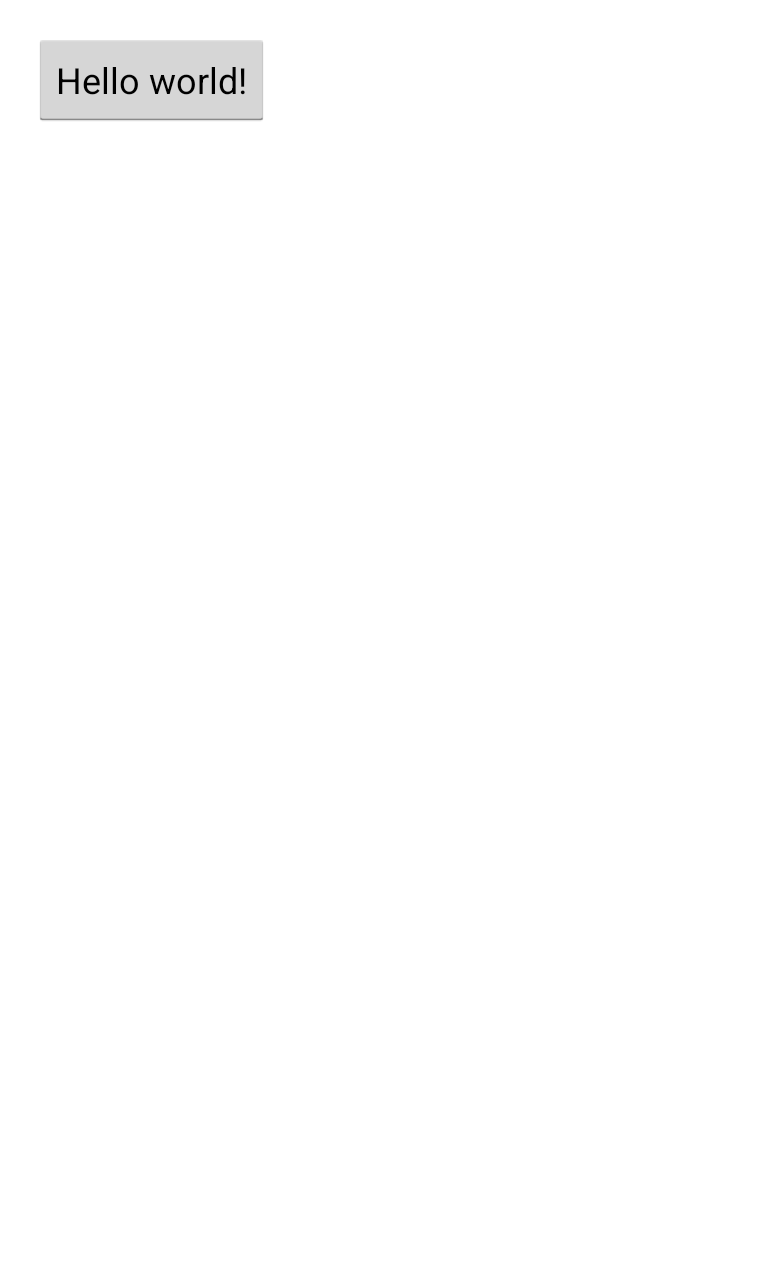
Repository: xfhy/Usually-learn-Android
Layout: Service 服务/11.欢乐斗地主买豆/res/layout/activity_main.xml
An editor plug-in stored every save of this project. The layout is shown before and after the next save, followed by the edit.
It is drawn on a 768 x 1280 px phone screen (xhdpi) without system bars, with theme AppTheme; the app's code is not run.

Above is the layout before, as saved 2017-02-01 05:49:06.

### Service 服务/11.欢乐斗地主买豆/res/layout/activity_main.xml
<RelativeLayout xmlns:android="http://schemas.android.com/apk/res/android"
    xmlns:tools="http://schemas.android.com/tools"
    android:layout_width="match_parent"
    android:layout_height="match_parent"
    android:paddingBottom="@dimen/activity_vertical_margin"
    android:paddingLeft="@dimen/activity_horizontal_margin"
    android:paddingRight="@dimen/activity_horizontal_margin"
    android:paddingTop="@dimen/activity_vertical_margin"
    tools:context="com.itheima.ddz.MainActivity$PlaceholderFragment" >

    <Button
        android:id="@+id/bt_pay"
        android:layout_width="wrap_content"
        android:layout_height="wrap_content"
        android:text="@string/hello_world" />

</RelativeLayout>

### Service 服务/11.欢乐斗地主买豆/res/values/strings.xml
<?xml version="1.0" encoding="utf-8"?>
<resources>

    <string name="app_name">11.欢乐斗地主买豆</string>
    <string name="hello_world">Hello world!</string>
    <string name="action_settings">Settings</string>

</resources>

Loaded but not shown: Service 服务/11.欢乐斗地主买豆/res/values/styles.xml (common file); Service 服务/11.欢乐斗地主买豆/res/values-v11/styles.xml (common file); Service 服务/11.欢乐斗地主买豆/res/values-v14/styles.xml (common file); Service 服务/11.欢乐斗地主买豆/res/values/dimens.xml (common file); Service 服务/11.欢乐斗地主买豆/res/values-w820dp/dimens.xml (common file)

After the next save:
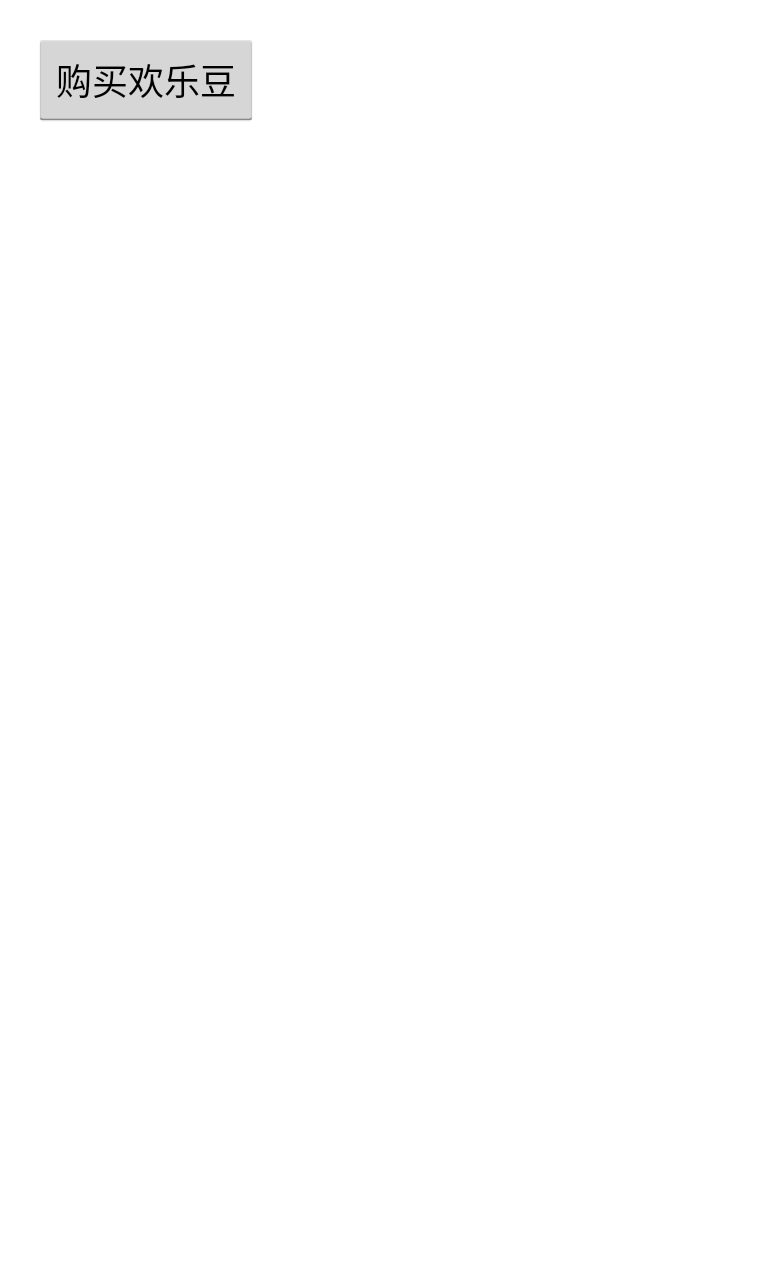
Saved 98 s later.
--- a/Service 服务/11.欢乐斗地主买豆/res/layout/activity_main.xml
+++ b/Service 服务/11.欢乐斗地主买豆/res/layout/activity_main.xml
@@ -12,6 +12,6 @@
         android:id="@+id/bt_pay"
         android:layout_width="wrap_content"
         android:layout_height="wrap_content"
-        android:text="@string/hello_world" />
+        android:text="购买欢乐豆" />
 
 </RelativeLayout>
